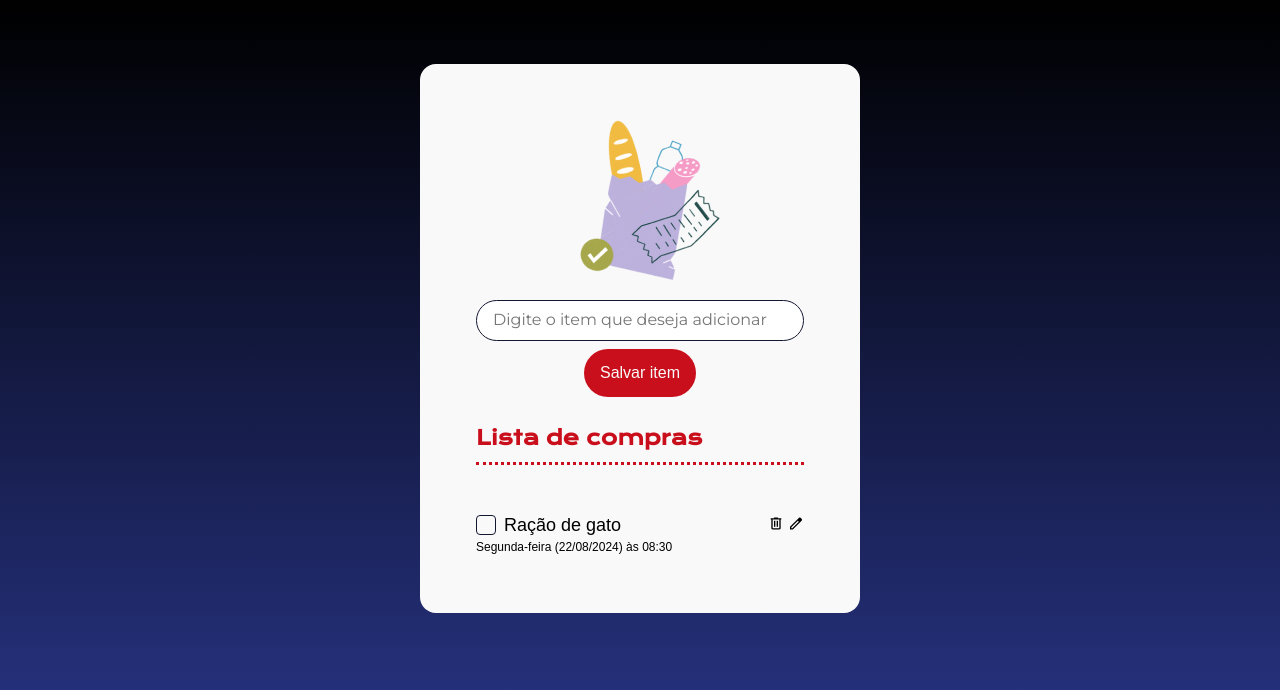
Repository: joaoPraiaJunior/compras_js
Page: index.html
An editor plug-in stored every save of this project. The page is shown before and after the next save, followed by the edit.
The browser window is 1280 px wide. The pictures show the whole page.
Some web fonts or font styles are not loaded; a fallback is used.

Above is the page before, as saved 2024-08-22 22:46:51.

### index.html
<!DOCTYPE html>
<html lang="pt-BR" dir="ltr">

<head>
    <meta charset="UTF-8">
    <meta name="viewport" content="width=device-width, initial-scale=1.0">
    <meta name="description" content="Lista de compras">
    <title>Lista de Compras</title>
    <link rel="preconnect" href="https://fonts.googleapis.com">
    <link rel="preconnect" href="https://fonts.gstatic.com" crossorigin>
    <link href="https://fonts.googleapis.com/css2?family=Krona+One&family=Montserrat&family=Numans&display=swap" rel="stylesheet">
    <link rel="stylesheet" href="./css/styles.css">
</head>

<body>
    <header>
        <img src="./img/bag.png" alt="sacola de compras">
    </header>
    <main>
        <form class="compras">
            <input class="compras__campo" type="text" name="compra" placeholder="Digite o item que deseja adicionar">
            <button class="compras__botao">Salvar item</button>
        </form>
        <h1>Lista de compras</h1>
        <hr>

        <ul class="lista">
            <li class="lista__item">
                <div class="lista__container">
                    <div class="lista__compra">

                        <label class="checkbox" for="racao_de_gato">
                            <input class="checkbox__input" type="checkbox" name="produto" id="racao_de_gato">
                            Ração de gato
                            <span class="checkbox__customizado checked"></span>
                        </label>
                    </div>
                    <div class="botao">
                        <button class="botao__excluir"><img src="./img/delete.svg" alt="Deletar"></button>
                        <button class="botao__editar"><img src="./img/edit.svg" alt="Editar"></button>
                    </div>
                </div>
                <p class="lista__data">Segunda-feira (<time datetime="2024-08-22">22/08/2024</time>) às <time>08:30</time></p>
            </li>
        </ul>
    </main>
</body>

</html>

### css/styles.css
* {
    box-sizing: border-box;
    margin: 0;
    padding: 0;
}

html {
    font-size: 62.5%;
}

:root {
    --cor-primaria: #ca0f1c;
    --cor-secundaria: #C2373F;
    --neutro: #F9F9F9;
    --preto: #131730;
    --fonte-titulo: "Krona One", sans-serif;
    --fonte-texto: 'Numans', sans-serif;
    --degrade-azul: linear-gradient(180deg, #000000 0%, #26327F 100%);
}

body {
    display: flex;
    flex-direction: column;
    align-items: center;
    background: var(--degrade-azul);
    background-repeat: no-repeat;
    font-size: 1.6rem;
    height: 100vh;
}

header {
    text-align: center;
    margin-top: 6.4rem;
    background-color: var(--neutro);
    border-radius: 1.6rem 1.6rem 0 0;
    padding: 5.6rem 5.6rem 1.6rem 5.6rem;
    width: 44.0rem;

}

main {
    display: flex;
    flex-direction: column;
    align-items: center;
    gap: 2.4rem;
    background-color: var(--neutro);
    border-radius: 0 0 1.6rem 1.6rem;
    padding: 0 5.6rem 5.6rem 5.6rem;
    width: 44.0rem;
}

h1 {
    align-self: flex-start;
    font-family: var(--fonte-titulo);
    font-size: 2.0rem;
    color: var(--cor-primaria);
    line-height: 3.3rem;
}

hr {
    border: none;
    border-bottom: .3rem dotted var(--cor-primaria);
    margin-bottom: 2.4rem;
    width: 100%;
}

hr:empty {
    margin-top: calc(1.6rem * -1);
}

p, label {
    font-family: var(--fonte-texto);
    font-size: 1.8rem;
    font-weight: 400;
    text-align: left;
    line-height: 2.4rem;
}


.compras {
    display: flex;
    flex-direction: column;
    gap: .8rem;
    width: 100%;
}

.compras__campo {
    border: .1rem solid var(--preto);
    border-radius: 2.4rem;
    padding: 1.2rem 1.6rem;
}

.compras__campo::placeholder {
    font-family: "Montserrat", sans-serif;
    font-size: 1.6rem;
    line-height: 1.9rem;
}

.compras__botao {
    align-self: center;
    font-family: var(--fonte-texto);
    font-size: 1.6rem;
    line-height: 2.4rem;
    color: var(--neutro);
    background-color: var(--cor-primaria);
    border: none;
    border-radius: 2.4rem;
    padding: 1.2rem 1.6rem;
    cursor: pointer;
}

.lista {
    list-style: none;
    width: 100%;
}

.lista__container {
    display: flex;
    align-items: center;
    justify-content: space-between;
}

.lista__compra {
    display: flex;
    align-items: center;
}

.lista__etiqueta {
    cursor: pointer;
}

.lista__data {
    font-size: 1.2rem;
    line-height: 2.0rem;
}

.checkbox {
    display: flex;
    align-items: center;
    flex-direction: row-reverse;
    cursor: pointer;
}
.checkbox__input {
    opacity: 0;
    width: 0;
    height: 0;
}

.checkbox__customizado {
    background-color: var(--neutro);
    margin-right: .8rem;
    border: .1rem solid var(--preto);
    border-radius: .4rem;
    width: 2.0rem;
    height: 2.0rem;
    cursor: pointer
}

.checkbox__input:checked ~ .checked {
    position: relative;
    background-color: var(--preto);
}

.checked::before {
    content: "";
    position: absolute;
    top: -10%;
    left: 30%;
    width: .5rem;
    height: 1.4rem;
    border-top: .2rem solid var(--neutro);
    border-left: .2rem solid var(--neutro);
    transform: rotate(-140deg);
}

.botao__excluir, .botao__editar {
    background-color: transparent;
    border: none
}

After the next save:
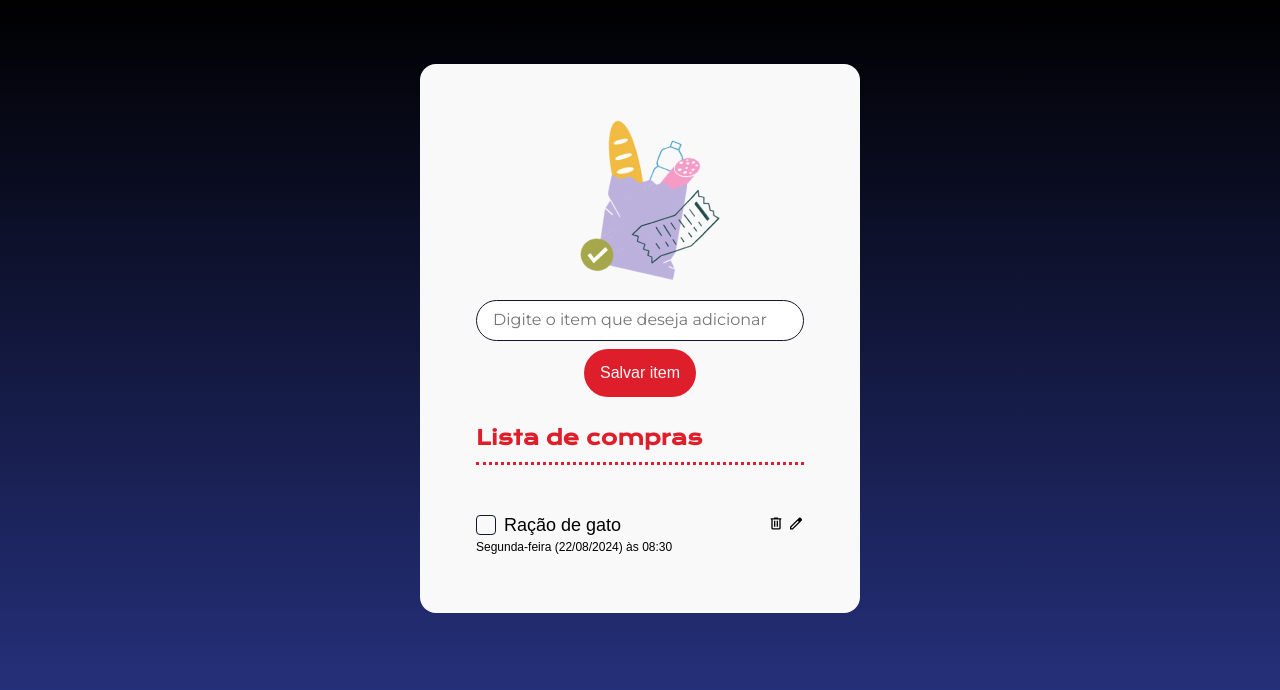
Saved 26 s later.
--- a/css/styles.css
+++ b/css/styles.css
@@ -9,7 +9,7 @@ html {
 }
 
 :root {
-    --cor-primaria: #ca0f1c;
+    --cor-primaria: #df1e2b;
     --cor-secundaria: #C2373F;
     --neutro: #F9F9F9;
     --preto: #131730;
